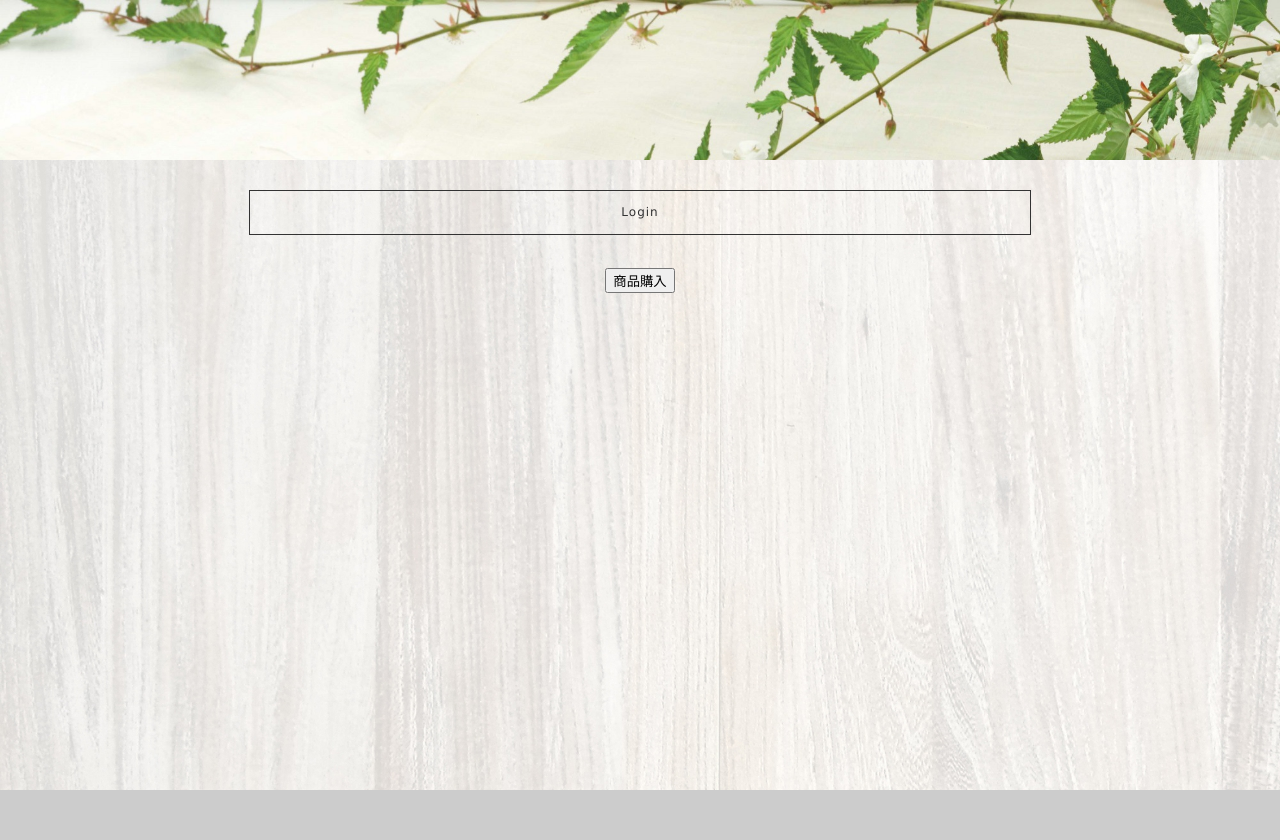
Repository: hiranatsu/ECtest
Page: http://localhost/myecsite01/jsp/login.jsp
An editor plug-in stored every save of this project. The page is shown before and after the next save, followed by the edit.
The browser window is 1280 px wide. The pictures show the whole page.
The page is served by Tomcat 9. Other server files are loaded and not shown.

Above is the page before, as saved 2018-09-18 08:43:33.

### myecsite01/WebContent/jsp/login.jsp
<%@ page language="java" contentType="text/html; charset=UTF-8"
    pageEncoding="UTF-8"%>
<%@ taglib prefix="s" uri="/struts-tags" %>
<!DOCTYPE html>
<html>
<head>
	<meta http-equiv="Content-Type" content="text/html; charset=UTF-8"/>
	<meta http-equiv="Content-Style-Type" content="text/css" />
	<meta http-equiv="Content-Script-Type" content="text/javascript"/>
	<meta http-equiv="itemtoolbar" content="no"/>
	<meta name="description" content=""/>
	<meta name="keywords" content=""/>
	<title>Login画面</title>

	<style type="text/css">
	body{
	margin:0;
	padding:0;
	line-height:1.6;
	letter-spacing:1px;
	font-family:Verdana,Helvetica,sans-serif;
	font-size:12px;
	color:#333;
	background-image:url("../jsp/haikei1.jpg");
	}

	table{
	text-align:center;
	margin:0 auto;
	}

	#top{
	width:780px;
	margin:30px auto;
	border:1px solid #333;
	}

	#header{
	height:100px;
	padding:30px;
	background-image:url("../jsp/ocha.jpg");
	background-size:cover;
	text-align:center;

	}

	#main{
	width:100%;
	height:600px;
	text-align:center;
	}

	#footer{
	width:100%;
	height:50px;
	background-color:#CCCCCC;
	clear:both;
	}

	#text-link{
	display:inline-block;
	text-align:right;
	}

	</style>
</head>
<body>

	<div id="header">
		<div id="pr">
		</div>
	</div>
	<div id="main">
		<div id="top"><p>Login</p></div>
		<div id="text-center">
			<s:form action="HomeAction">
				<s:submit value="商品購入"/>
			</s:form>
			<s:if test="#session.id != null">
				<p>ログアウトする場合は
				<a href='<s:url action="LogoutAction"/>'>こちら</a>
				</p>
			</s:if>
		</div>
	</div>
	<div id="footer">
		<div id="pr">
		</div>
	</div>

</body>
</html>

After the next save:
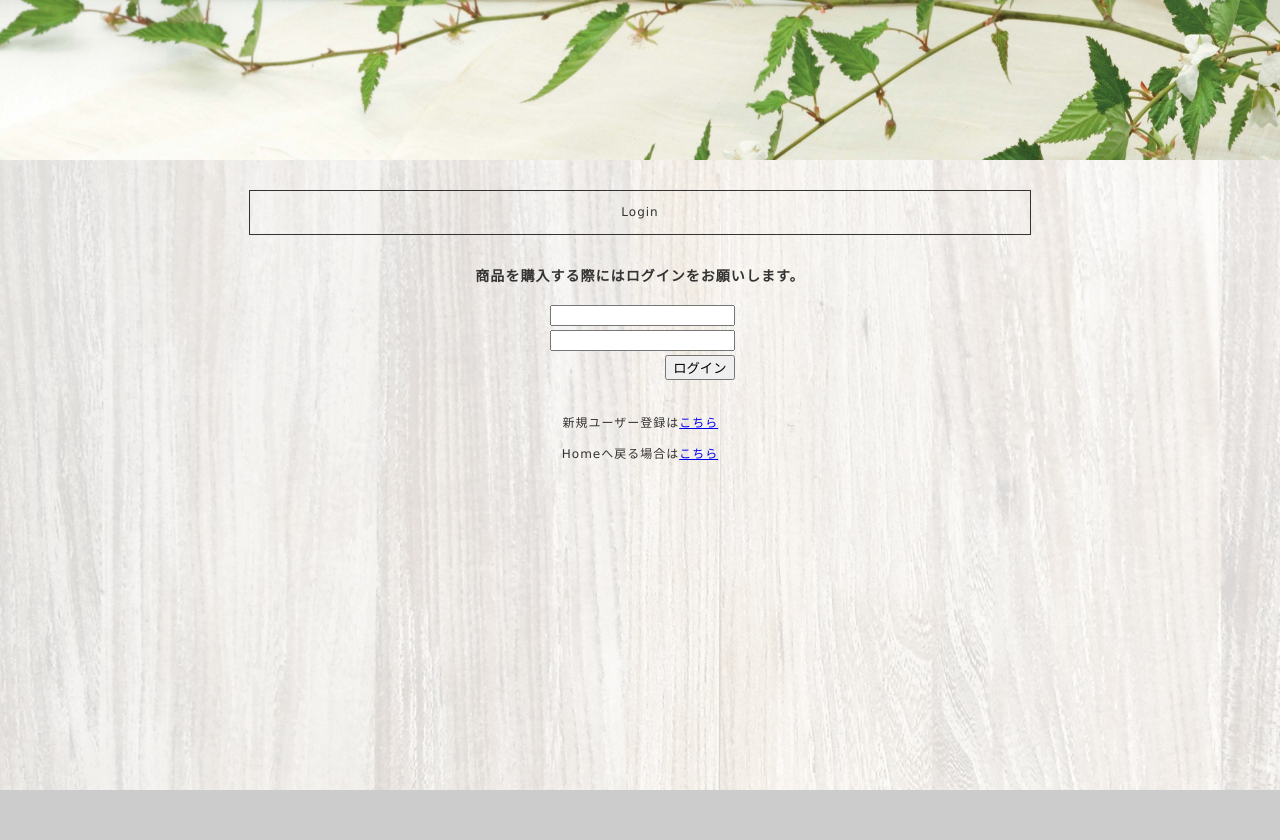
Saved 5 min 16 s later.
--- a/myecsite01/WebContent/jsp/login.jsp
+++ b/myecsite01/WebContent/jsp/login.jsp
@@ -72,15 +72,19 @@
 	</div>
 	<div id="main">
 		<div id="top"><p>Login</p></div>
-		<div id="text-center">
-			<s:form action="HomeAction">
-				<s:submit value="商品購入"/>
+		<div>
+			<h3>商品を購入する際にはログインをお願いします。</h3>
+			<s:form action="LoginAction">
+				<s:textfield name="loginUserId"/>
+				<s:password name="loginPassword"/>
+				<s:submit value="ログイン"/>
 			</s:form>
-			<s:if test="#session.id != null">
-				<p>ログアウトする場合は
-				<a href='<s:url action="LogoutAction"/>'>こちら</a>
-				</p>
-			</s:if>
+			<br>
+			<div id="text-link">
+				<p>新規ユーザー登録は<a href='<s:url action="UserCreateAction"/>'>こちら</a></p>
+				<p>Homeへ戻る場合は<a href='<s:url action="GoHomeAction"/>'>こちら</a></p>
+			</div>
+
 		</div>
 	</div>
 	<div id="footer">
